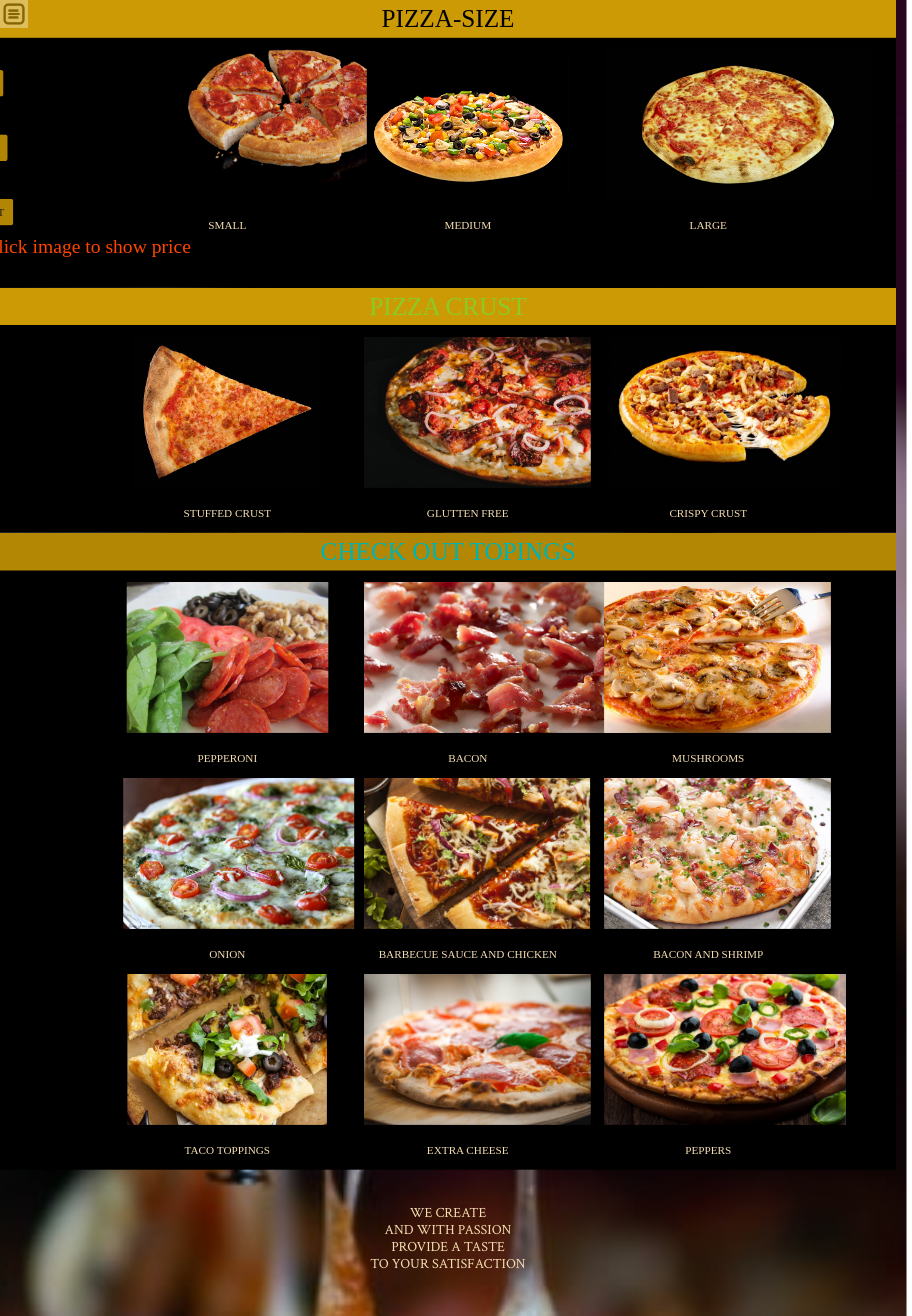
Repository: alexmwaura/MOREO--PIZZA-IP4
Page: mine.html
The author's editor kept a copy of each file at every save. The page is drawn from the files as they stood at one save, then again after the next save.
The browser window is 1280 px wide. The page is 1303 px wide, so the pictures cover 1303 px, including what lies to the right of the window. The pictures show the part of the page from y = 0 to 1880 px (the page is 3153 px tall), at 70% of full size.
Some web fonts or font styles are not loaded; a fallback is used.

Above is the page before, as saved 2019-09-01 17:35:39.

After the next save:
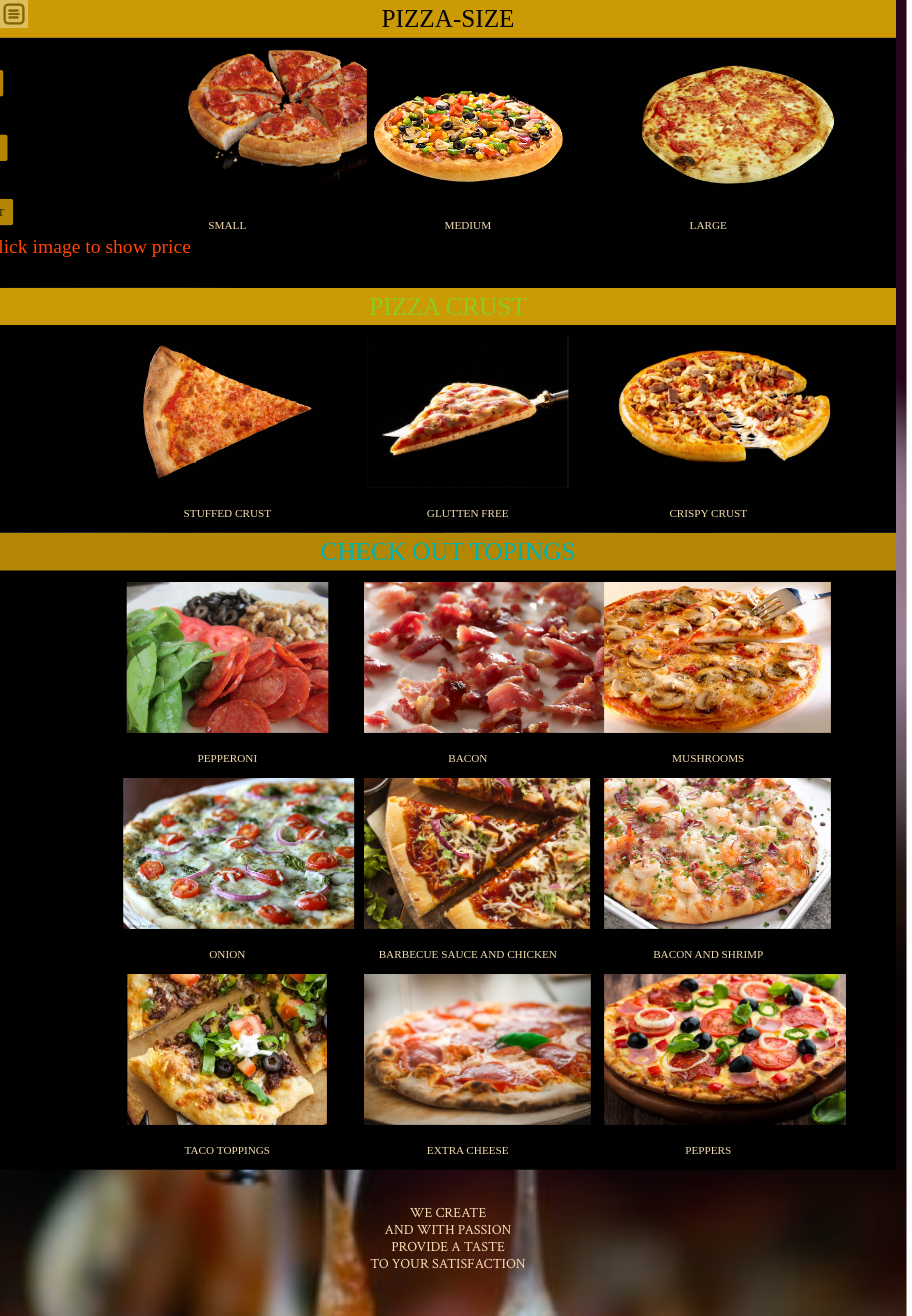
Saved 69 s later.
--- a/mine.html
+++ b/mine.html
@@ -178,7 +178,7 @@
 
                     <div class="col-lg-3 col-md-3 col-sm-3">
                         <div id="work2">
-                            <img src="./IMAGES/glutten2.jpg" alt="" class="img-fluid-2"><br><br>
+                            <img src="./IMAGES/glutten3.jpg" alt="" class="img-fluid-2"><br><br>
 
                             <div class="overlay">
                                 <div class="line">
